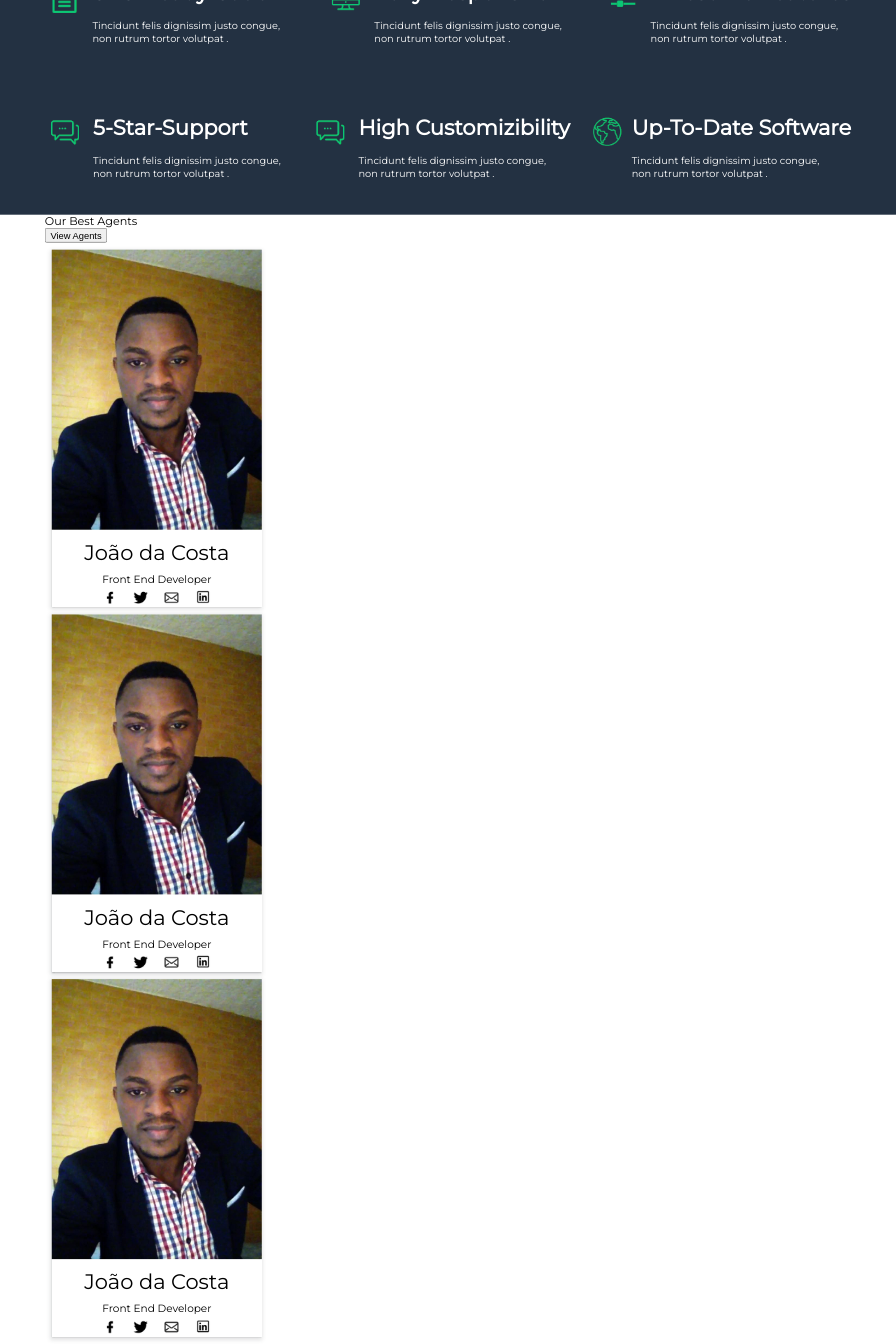
Repository: Yowani24/Real-Estate2
Page: index.html
An editor plug-in stored every save of this project. The page is shown before and after the next save, followed by the edit.
The browser window is 1280 px wide. The pictures show the part of the page from y = 1454 to 3374 px (the page is 3374 px tall before and 3359 px after), at 70% of full size.
Some web fonts or font styles are not loaded; a fallback is used.

Above is the page before, as saved 2021-08-27 15:20:01.

After the next save:
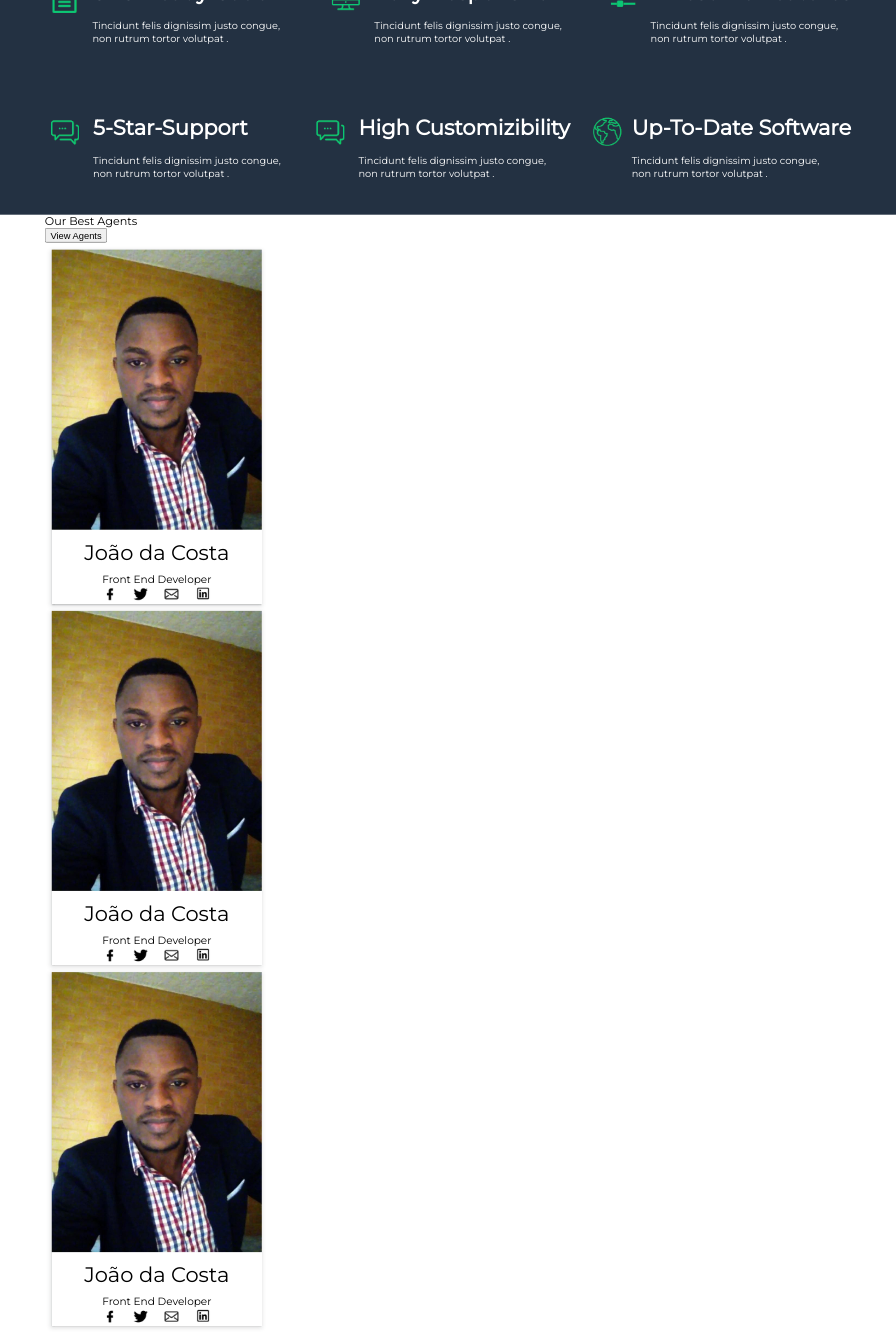
Saved 5 s later.
--- a/styles.css
+++ b/styles.css
@@ -208,7 +208,7 @@ Header .menu nav a{
 .agents_box p:nth-child(3){
     font-size: 15px;
     font-weight: 500;
-    margin: 5px 0;
+    margin: 0;
 }
 .agents_image_box{
     width: 100%;
